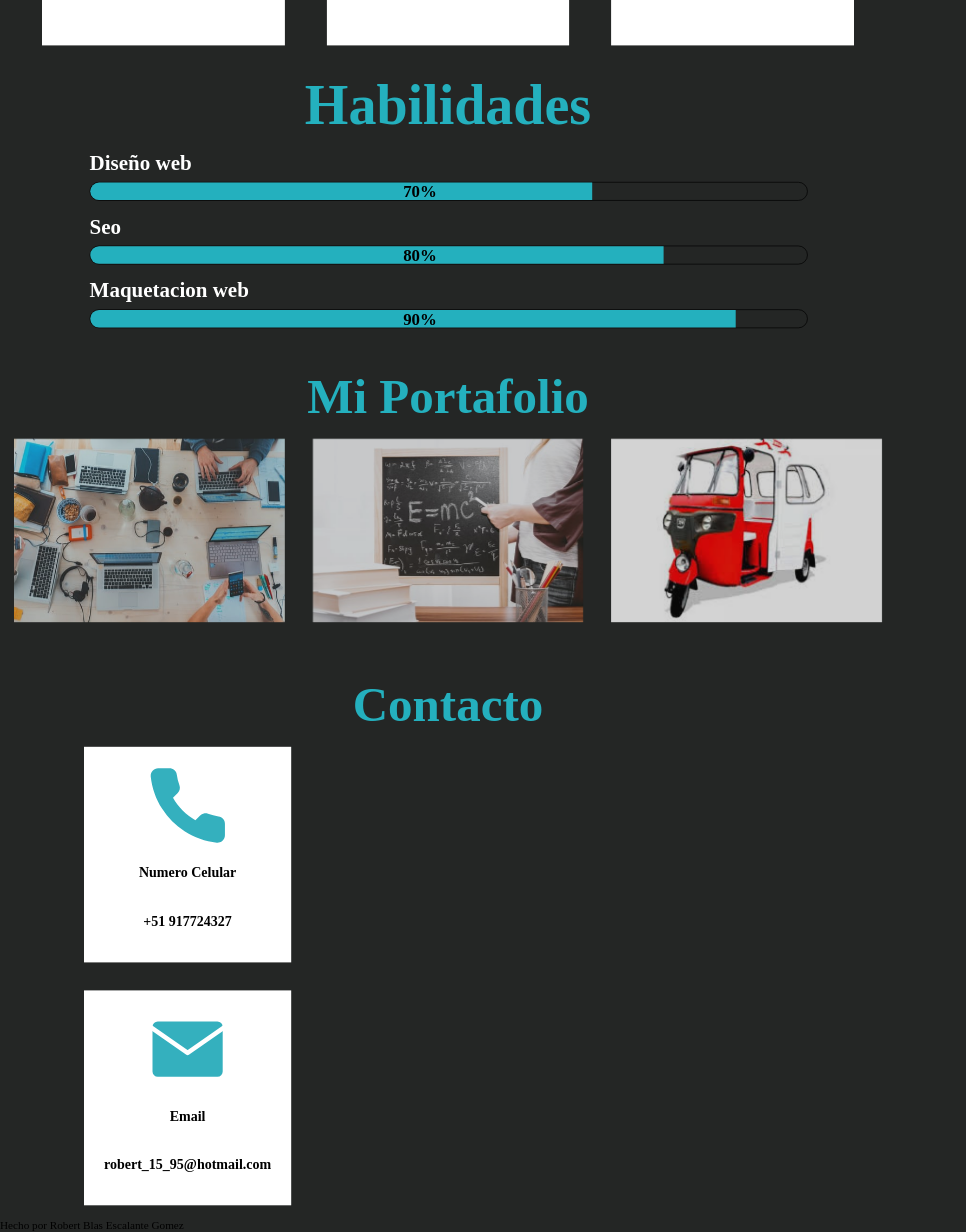
Repository: RobertAries28/PortafolioRobertEscalanteGomez2022
Page: index.html
These files come from the project's save history. The page is drawn as it stood at one moment and after the next save; the edit follows.
The browser window is 1280 px wide. The page is 1380 px wide, then 1280 px, so the pictures cover 1380 px, including what lies to the right of the window. The pictures show the part of the page from y = 1657 to 3417 px (the page is 3417 px tall), at 70% of full size.

Above is the page before, as saved 2022-02-15 20:33:54.

### index.html
<!DOCTYPE html>
<html lang="en">
<head>
    <meta charset="UTF-8">
    <meta http-equiv="X-UA-Compatible" content="IE=edge">
    <meta name="viewport" content="width=device-width, initial-scale=1.0">
    <link rel="preconnect" href="https://fonts.googleapis.com">
<link rel="preconnect" href="https://fonts.gstatic.com" crossorigin>
<link href="https://fonts.googleapis.com/css2?family=Montserrat:wght@100&display=swap" rel="stylesheet">
    <link rel="stylesheet" href="estilos.css">
    <title>Document</title>
</head>
<body>
    <header class="main-header">
        <div class="l-container">

        <div class="main-menu-toggle" id="main-menu-toggle"></div>
             <nav class="main-nav" id="main-nav">
                 <ul class="main-menu">
                       <li class="main-menu__item">
                           <a class="main-menu__link" href="#">
                              Home
                           </a>
                       </li>

                       <li class="main-menu__item">
                         <a class="main-menu__link" href="#servicios">
                           Servicios
                         </a>
                       </li>

                       <li class="main-menu__item">
                        <a class="main-menu__link" href="#acercaMi">
                          Acerca de Mí
                        </a>
                       </li>


                     <li class="main-menu__item">
                         <a class="main-menu__link" href="#habilidades">
                           Mis Habilidades
                         </a>
                     </li>

                     <li class="main-menu__item">
                        <a class="main-menu__link" href="#portafolio">
                         Mi Portafolio
                        </a>
                    </li>

                    <li class="main-menu__item">
                        <a class="main-menu__link" href="#">
                         Contacto
                        </a>
                    </li>


                 </ul>
             </nav>


        </div>
     </header>
     <main>
        <div class="main-nombre">
              <h2>Soy</h2><hr color="white"/>
              <h1>Robert</h1>
              <p class="parrafo">Desarrollador <br> Frontend</p>
        </div>

        <div class="main-imagen">
              <img src="imagenes/fotoPerfil.jpeg" alt="">
        </div>

        <div class="main-experiencia">
               <p><span>1 año</span><br>experiencia</p>
               <div>
                 <img src="imagenes/linkedin.svg" alt="">
                 <img src="imagenes/instagram.svg" alt="">
                 <img src="imagenes/twitter.svg" alt="">
               </div>
        </div>

        <div class="main-iconos">
          <div>
             <img src="imagenes/gmail.png" alt="">
             <img src="imagenes/amazon.png" alt="">
             <img src="imagenes/spotify.png" alt="">
            </div>
        </div>
    </main>

    <section id="acercaMi">
      <h2>Acerca de mí</h2>
      <p>Soy un Profesional Bachiller en la carrera de ingeniería de sistemas en la Universidad nacional Tecnológica de Lima Sur con capacidad para trabajar en equipo, con dinamismo y creatividad, responsable, puntual, proactivo, organizado, eficiente, valores firmes, capacidad para resolver problemas y facilidad de comunicación. Deseo obtener mas conocimientos y experiencias en empresas relacionados a mi carrera.

        Quiero obtener un puesto en la empresa, para contribuir con mi experiencia en prácticas y habilidad en el logro de las metas generales de la empresa y las responsabilidades a mi cargo, con la oportunidad de continuar desarrollándome.</p>
    </section>

    <aside id="servicios">
      <h2 class="servicios">Servicios</h2>
      <div class="diseño">
        <img src="imagenes/pincel.svg" alt="">
        <h3>UX/UI Design</h3>
        <p>Eliga su diseño que desea y tambien le damos algunas sugerencias.</p>
      </div>

      <div class="marketing">
        <img src="imagenes/marketing.svg" alt="">
        <h3>Web Administrable</h3>
        <p>Administre las secciones que desee, agregando o quitando información.</p>
      </div>

      <div class="seo">
        <img src="imagenes/lupa.svg" alt="">
        <h3>Seo</h3>
        <p>Ayudamos que tu pagina se posicione en las primeras paginas en la busqueda.</p>
      </div>
    </aside>



    <article class="habilidades" id="habilidades">
      <h3>Habilidades</h3>
      <div class="caja">
          <h4>Diseño web</h4>
          <div class="contenedor">

              <h2 class="numb">70%</h2>
              <div class="relleno">
              </div>


         </div>
      </div>

      <div class="caja">
          <h4>Seo</h4>
          <div class="contenedor">

              <h2 class="numb2">80%</h2>
              <div class="relleno relleno2">
              </div>


         </div>
      </div>

      <div class="caja">
          <h4>Maquetacion web</h4>
          <div class="contenedor">

              <h2 class="numb3">90%</h2>
              <div class="relleno relleno3">
              </div>


         </div>
      </div>

    </article>

    <article id="portafolio">
      <h2>Mi Portafolio</h2>

      <div class="portafolio">
        <div>
           <a href="https://robertaries28.github.io/Desarrollar-Paginas-Web/"><img src="imagenes/pagina-web1.jpg" alt=""></a>

        </div>

        <div>
            <a href="https://robertaries28.github.io/MatematicasMaster/"><img src="imagenes/matematicas.jpg" alt=""></a>

          </div>

        <div>
            <a href="https://robertaries28.github.io/ServicioTransporteMototaxisV.E.S/"><img src="imagenes/mototaxis.jpg" alt=""></a>

          </div>

      </div>
    </article>

    <footer id="contacto">
      <h2>Contacto</h2>

      <div class="contacto">
        <div>
            <img src="imagenes/phone.svg" alt="">
            <h3>Numero Celular</h3>
            <h4>+51 917724327</h4>
        </div>

        <div>
           <img src="imagenes/email.svg" alt="">
           <h3>Email</h3>
           <h4>robert_15_95@hotmail.com</h4>
        </div>
      </div>

      <div class="autor">
        Hecho por Robert Blas Escalante Gomez
      </div>
    </footer>




    <script src="javascript.js"></script>
</body>
</html>

### estilos.css
body{
    margin: 0;
    background: #242625;
}

.main-header{
    height: 4rem;
    background: #242635;
    position:sticky;

	top:0;

}
.l-container{
    max-width: 100%;
    padding-left: 1rem;
    padding-right: 1rem;
    display: flex;
    justify-content: space-between;
    align-items: center;

    height: 100%;
    color: white;

}
.main-menu{
    margin-top: 0;
    margin-bottom: 0;
    padding-left: 0;
    list-style: none;
    display: flex;
}

.main-menu li{
    padding: 0 20px;
}

a{
  text-decoration: none;
  color: white;
  font-family: 'Montserrat', sans-serif;
  font-size: 18px;
  font-weight: bold;
}


/*main*/

main{
    display: grid;
    grid-template-columns: 33.3% 33.3% 33.3%;
    grid-template-rows: repeat(3,auto);
    justify-items: center;
    padding-top: 30px;

}

.main-nombre{
    margin-left: 150px ;

}

.main-nombre h1{
    font-size: 150px;

    color: #24B0BE;
    margin: 0;
}

.main-nombre h2{
    font-size: 100px;
    margin: 0;

    color: white;
}

.main-nombre .parrafo{
    color: white;
    font-size: 40px;
    margin: 0;

}
.main-nombre hr{
    margin-bottom: 0;

}

.main-imagen{

    z-index: -100000;


}

.main-imagen img{

    width: 100%;
    height: 100%;
    border-radius: 50%;
    min-width: 20%;



}

.main-experiencia{
    margin-right: 50px;
}

.main-experiencia p{
    color: white;
    font-size: 45px;

}

.main-experiencia span{
    color: #24B0BE;
    padding-right: 5px;
}

.main-experiencia img{
    background: #D1CECA;
    width: 50px;

    border-radius: 50%;
    padding: 10px;
    margin: 0 15px;
}

.main-experiencia div{
    display: flex;
    justify-content: center;
}

.main-iconos{
   grid-column: 1 / span 3;
 justify-self: center;
   background: #212F3C;
  width:85%;
  position: relative;
 top: -10px;
 border-radius: 20px;
 z-index: -500;
}

.main-iconos div{
    display: flex;
  justify-content: center;
}

.main-iconos img{
    width: 10%;

  background: #D1CECA;
  padding: 0 15px;
  margin: 20px 10px;
  border-radius: 10px;
}

/*section*/
section{
 margin: 0 50px;
 padding: 0 100px;
}
section h2{
    text-align: center;
    font-size: 80px;
    margin-top: 40px ;
    margin-bottom: 20px;
    color: #24B0BE;
}

section p{
    text-align: center;
    color: white;
    font-size: 25px;
    line-height: 35px;
}

/* aside serivicios*/

aside{
    margin: 0 60px;
    display: grid;
    grid-gap: 60px;
    grid-template-columns: 1fr 1fr 1fr;
    grid-template-rows: auto auto;

    grid-template-areas: "servicios servicios servicios"
                         "diseño marketing seo";



}

aside p{
    color: #62707E;
    text-align: center;
    font-size: 20px;
}

aside h3{
    color: black;
    font-size: 25px;
}

aside .servicios{
    grid-area: servicios;
    text-align: center;
    font-size: 80px;
    color: #24B0BE;
    margin-bottom: 0;

}


aside .diseño{
    grid-area: diseño;
    background: white;
}

aside .marketing{
    grid-area: marketing;
    background: white;
}

aside .seo{
    grid-area: seo;
    background: white;
}

aside div{
    display: flex;
    flex-direction: column;
   align-items: center;
   padding: 50px;
}

/*article habilidades*/

.habilidades {
    width: 100%;

    margin: auto;
    display: flex;
    flex-direction: column;
    align-items: center;


}

.habilidades h3{
    font-size: 80px;
    color: #24B0BE;
    margin-top: 40px;
    margin-bottom: 0;
}

.habilidades h4{
    font-size: 30px;
    color: white;
    margin-top: 20px;
    margin-bottom: 10px;
}

.caja{
    width: 80%;
}

.contenedor {
    width: 100%;
    height: 25px;
    border: 1px solid black;
    align-self: center;
    border-top-left-radius: 50px;
    border-top-right-radius: 50px;
    border-bottom-left-radius: 50px;
    border-bottom-right-radius: 50px;
    margin-right: 0;
}

.relleno {
    width: 0px;
    height: 100%;
    background: #24B0BE;
    border-top-left-radius: 50px;
    border-bottom-left-radius: 50px;
    animation-name: coloreado;
    animation-delay: 0s;
    animation-duration: 3s;
    animation-timing-function: cubic-bezier(.17, .67, .83, .67);
    animation-fill-mode: forwards;
}

.relleno2{
    animation-name: coloreado2;
    animation-delay: 0s;
    animation-duration: 3s;
    animation-timing-function: cubic-bezier(.17, .67, .83, .67);
    animation-fill-mode: forwards;
}

.relleno3{
    animation-name: coloreado3;
    animation-delay: 0s;
    animation-duration: 3s;
    animation-timing-function: cubic-bezier(.17, .67, .83, .67);
    animation-fill-mode: forwards;
}

.contenedor h2 {
    position: absolute;
    left: 45%;
    margin: 0 auto;
}

.contenedor h3 {
    text-align: center;
    margin: 10px auto;
}

@keyframes coloreado {
    10% {
        width: 0%;
    }
    100% {
        width: 70%;
    }
}

@keyframes coloreado2 {
    10% {
        width: 0%;
    }
    100% {
        width: 80%;
    }
}

@keyframes coloreado3 {
    10% {
        width: 0%;
    }
    100% {
        width: 90%;
    }
}


/*article portafolio*/
 .portafolio{
     display: flex;


 }

 #portafolio h2{
  font-size: 70px;
  text-align: center;
  color: #24B0BE;
  margin-bottom: 0;
 }



 .portafolio div{
     width: 100%;
     margin: 20px;
 }

 .portafolio img{
     width: 100%;
     height: 100%;
     filter: opacity(0.8);
 }


 /*contacto*/
 #contacto{
     width: 100%;
 }
 #contacto h2{
     font-size: 70px;
     text-align: center;
     color: #24B0BE;
     margin-bottom: 0;

 }

 .contacto{
     margin:0 100px;
   width: 100%;
     display: flex;
     flex-direction: column;
 }

 .contacto h3{
     font-size: 20px;
 }

 .contacto h4{
     font-size: 20px;
 }

 .contacto div{
    width: 20%;
     padding: 20px;
     margin: 20px;
     background:white ;
     display: flex;
    flex-direction: column;
    align-items: center;

 }



 .contacto img{
  width: 50%;
 }

@media screen and ( max-width: 768px){



.main-menu__item{
    padding: .5rem 0 .5rem 1rem
}

.main-menu__link{
    color: white;
    margin-left: 1rem;
}



.main-nav{
    position: fixed;
    height: calc(100vh - 4rem);
    width: 200px;
    background: black;
    top: 4rem;
    right: -200px;




}

.main-menu{
    flex-direction: column;
}

.main-menu li{
    padding: 10px 0;
}



.show{
right: 0px;
transition-duration: 1s;
transition-timing-function:ease-in-out

}

 :not(.show){
     transition-duration: 1s;
  transition-timing-function: ease-in
 }


.main-menu-toggle{
    width: 2.4rem;
    margin-left: calc(100% - 38.4px);
    height: 1.6rem;
    background: linear-gradient(white 20%, transparent 20%, transparent 40%, white 40%, white 60%, transparent 60%, transparent 80%, white 80%);
    cursor: pointer;

}

/* main*/

.main-nombre{
    margin-left: 0px;
}

.main-nombre h1{
    font-size: 30px;

    color: #24B0BE;
    margin: 0;
}

.main-nombre h2{
    font-size: 20px;
    margin: 0;

    color: white;
}

.main-nombre .parrafo{
    color: white;
    font-size: 15px;
    margin: 0;

}


.main-experiencia{
    margin-right: 10px;
}

.main-experiencia p{
    color: white;
    font-size: 15px;
    margin-top: 0;
    margin-bottom: 10px;

}



.main-experiencia img{
    background: #D1CECA;


    border-radius: 50%;
    padding: 10px;
    width: 10%;
    margin: 0 5px;
}

.main-iconos{
    border-radius: 20px;
    padding-top: 0px;
    padding-bottom: 0px;

}

.main-iconos img{
    margin-top:10px ;
    margin-bottom:10px ;
}

section h2{
 font-size: 30px;
}

section{
    padding: 0;
    margin: 0 15px;

}
section p{
    font-size: 15px;
    padding: 0;
    line-height: 25px;
}

/* aside servicios */
aside h3{
    text-align: center;
    margin-bottom: 0;
}
aside{

    grid-template-columns: 1fr 1fr 1fr;
    grid-template-rows: auto auto auto auto;
    grid-template-areas: "servicios servicios servicios"
    "diseño diseño diseño"
     "marketing marketing marketing" "seo seo seo";
}

aside .servicios{
    font-size: 30px;
}

/*article*/
    .habilidades h3{
      font-size: 30px;
    }

    .habilidades h4{
        font-size: 20px;
    }

    .habilidades h2{
        font-size: 20px;
    }

    /*article portafolio*/

    #portafolio h2{
        font-size: 30px;
    }
    .portafolio{
        flex-wrap: wrap;
    }
}

### javascript.js
 const showMenu = (toggleId, navId) =>{
               const toggle = document.getElementById(toggleId),
               nav = document.getElementById(navId)

               if(toggle && nav){
                   toggle.addEventListener('mouseover' , ()=>{
                       nav.classList.toggle('show')
                   })



               }

               if(toggle && nav){
                   toggle.addEventListener('mouseout' , ()=>{
                       nav.classList.toggle('show')
                   })



               }



           }
           showMenu('main-menu-toggle','main-nav')

           const numb = document.querySelector(".numb");
           let counter = 0;
           setInterval(() => {
               if (counter == 70) {
                   clearInterval();
               } else {
                   counter += 1;
                   numb.textContent = counter + "%";
               }
           }, 35);

After the next save:
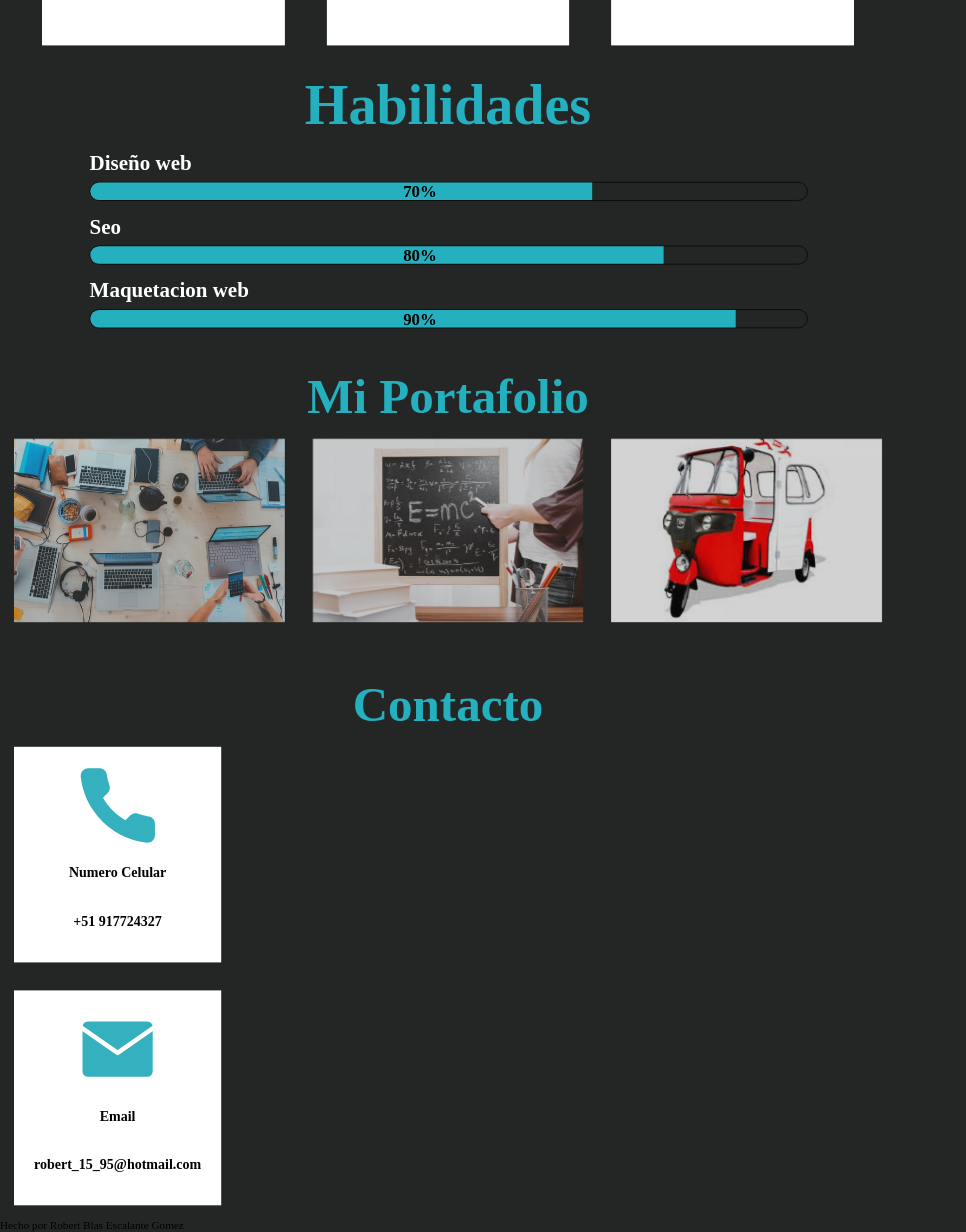
Saved 61 s later.
--- a/estilos.css
+++ b/estilos.css
@@ -388,7 +388,7 @@
  }
 
  .contacto{
-     margin:0 100px;
+
    width: 100%;
      display: flex;
      flex-direction: column;
